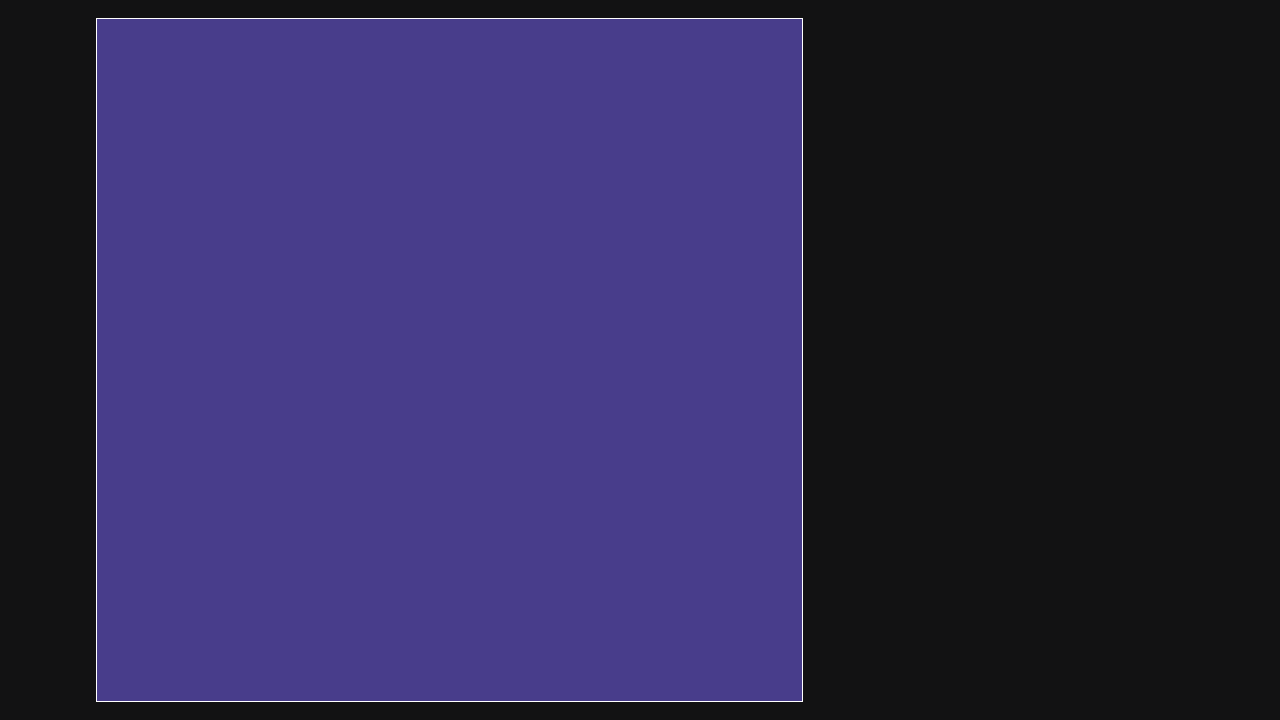
Repository: trang712/zing-mp3
Page: login.html
These files come from the project's save history. The page is drawn as it stood at one moment and after a run of saves; the edit follows.
The browser window is 1280 px wide. The pictures show the whole page.

Above is the page before, as saved 2022-11-13 15:08:19.

After the next 7 saves:
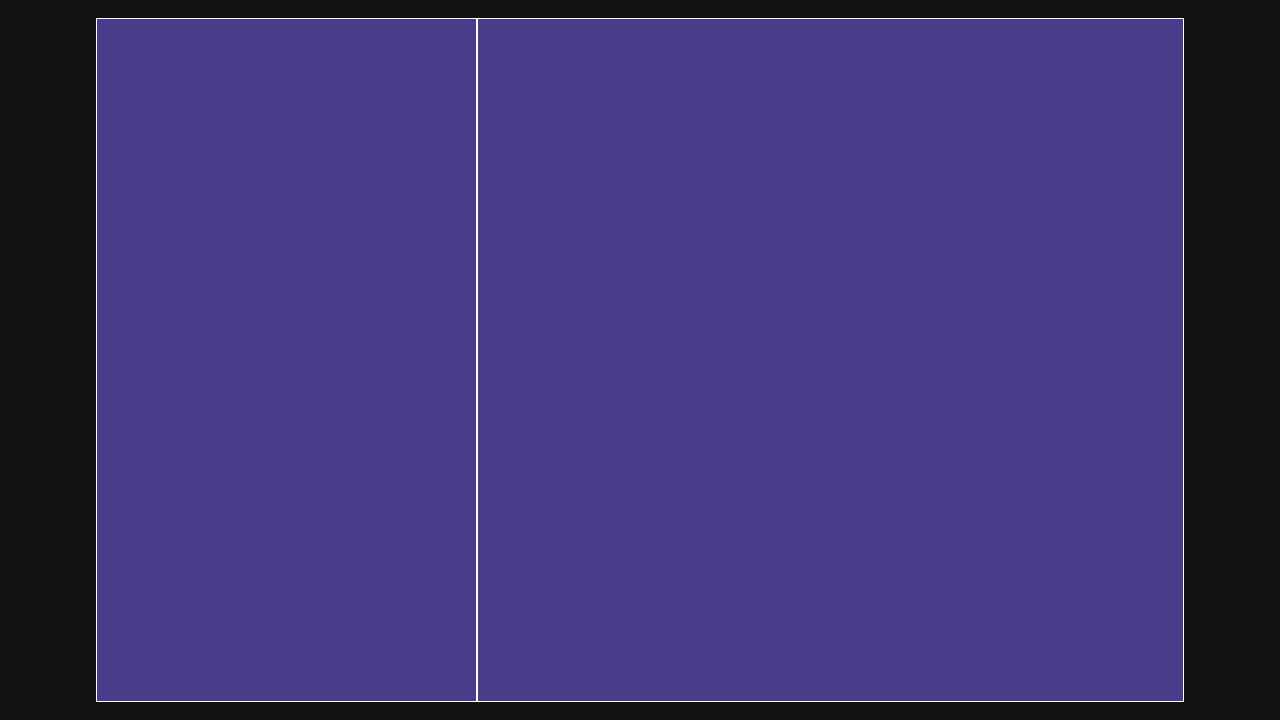
The 7 saves are shown as one change because they came seconds apart.
The last was saved 16 s later.
--- a/style.css
+++ b/style.css
@@ -742,5 +742,6 @@ header .left_bx1 , .right_bx1{
   background: var(--background-sidebar);
 }
 header .left_bx1{
-  ư
+  width: 35%;
+  h
 }
